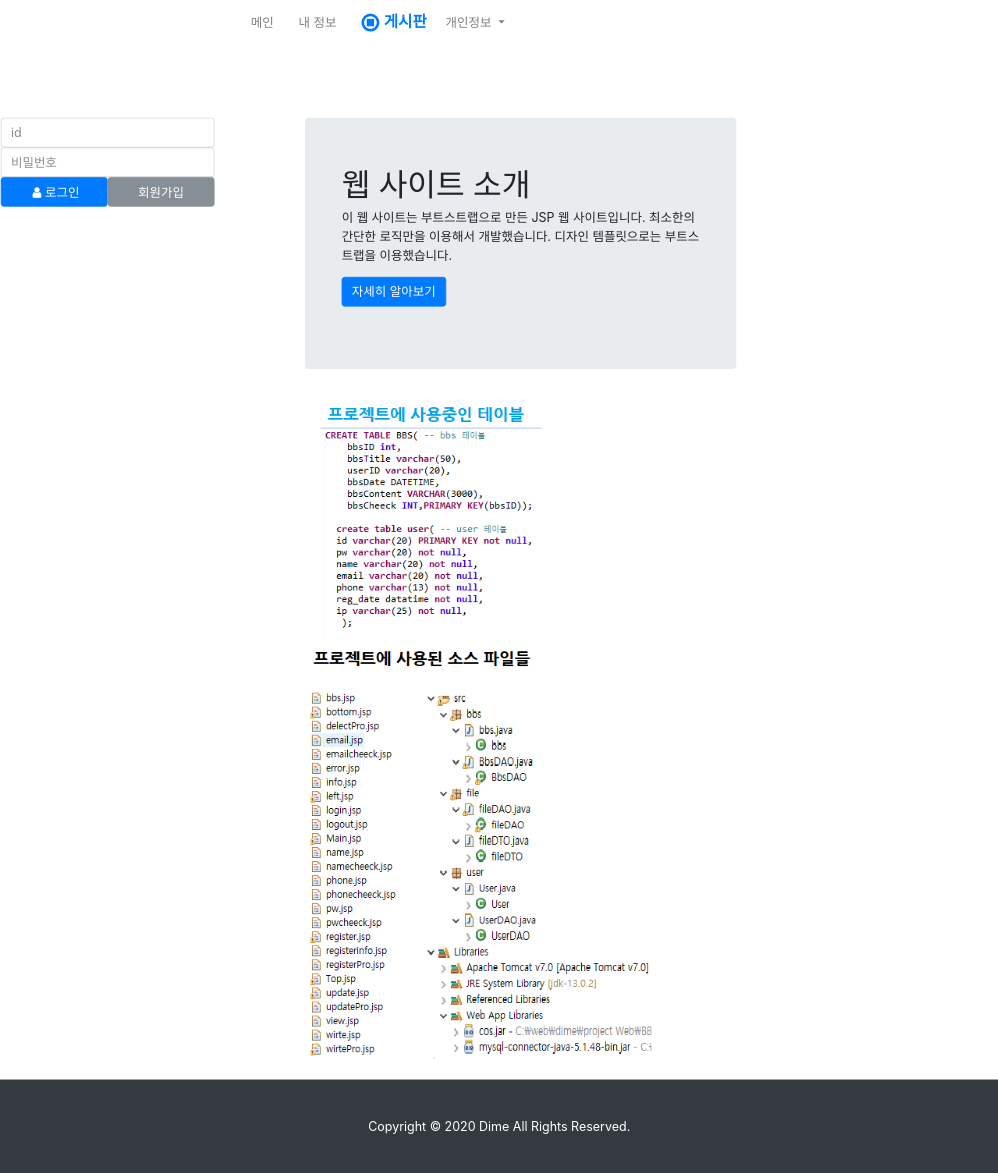
Repository: elecdime/jspboard
Page: http://localhost/BBS/projectbbs/Main.jsp
These files come from the project's save history. The page is drawn as it stood at one moment and after the next save; the edit follows.
The browser window is 1280 px wide. The pictures show the whole page, at 78% of full size.
Some web libraries are served in a nearby version. The page is served by Tomcat 9. Other server files are loaded and not shown.

Above is the page before, as saved 2020-07-08 13:16:45.

### dime/project Web/BBS/WebContent/projectbbs/Main.jsp
<%@ page language="java" contentType="text/html; charset=UTF-8"
    pageEncoding="UTF-8"%>
<!doctype html>
<head>
   <!-- Required meta tags -->
  <meta charset="utf-8">
  <meta name="viewport" content="width=device-width, initial-scale=1, shrink-to-fit=no">
<meta http-equiv="Content-Type" content="text/html; charset=UTF-8" />
  <!-- Bootstrap CSS -->
  <link rel="stylesheet" href="https://maxcdn.bootstrapcdn.com/bootstrap/4.0.0-beta/css/bootstrap.min.css" integrity="sha384-/Y6pD6FV/Vv2HJnA6t+vslU6fwYXjCFtcEpHbNJ0lyAFsXTsjBbfaDjzALeQsN6M" crossorigin="anonymous">
<style type="text/css">




</style>
<title>게시판 연습</title>
  </head>
  <body>


        <div id="TOP" style="width:960px;height:150px;">
            <%@ include file="Top.jsp" %>
        </div>

        <table width="960px">
            <tr>
                <td width="160" valign="top">
                    <%@ include file="left.jsp" %>
                </td>
                <td width="800" valign="#" style="padding-left: 100px">
                    <table width="100%" height="475" cellpadding="0" cellspacing="0" id="tables">
                        <tr >
                            <td border="3px">
                        <div class="container">
        <div class="jumbotron">
            <div class="container">
                <h1>웹 사이트 소개</h1>
                <p>이 웹 사이트는 부트스트랩으로 만든 JSP 웹 사이트입니다. 최소한의 간단한 로직만을 이용해서 개발했습니다. 디자인 템플릿으로는 부트스트랩을 이용했습니다.</p>
                <p><a class="btn btn-primary btn-pull" href="#" role="button">자세히 알아보기</a></p>
            </div>
        </div>
    </div>
    <div class="container">
        <div id="myCarousel" class="carousel slide" data-ride="carousel">
            <ol class="carousel-indicators">
                <li data-target="#myCarousel" data-slide-to="0" class="active"></li>
                <li data-target="#myCarousel" data-slide-to="0"></li>
                <li data-target="#myCarousel" data-slide-to="0"></li>
            </ol>
            <div class="carousel-inner">
                <div class="item active">
                    <img src="1.PNG">
                </div>
                <div class="item">
                    <img src="b.PNG">
                </div>

            </div>
            <a class="left carousel-control" href="#myCarousel" data-slide="prev">
                <span class="glyphicon glyphicon-chevron-left"></span>
            </a>
            <a class="right carousel-control" href="#myCarousel" data-slide="next">
                <span class="glyphicon glyphicon-chevron-right"></span>
            </a>
        </div>
    </div>





                            </td>
                        </tr>

                    </table>
                </td>
            </tr>

        </table>
    <footer id = "bottom">
    <%@ include file="bottom.jsp" %>
</footer>














 <script src="https://code.jquery.com/jquery-3.2.1.slim.min.js" integrity="sha384-KJ3o2DKtIkvYIK3UENzmM7KCkRr/rE9/Qpg6aAZGJwFDMVNA/GpGFF93hXpG5KkN" crossorigin="anonymous"></script>
  <script src="https://cdnjs.cloudflare.com/ajax/libs/popper.js/1.11.0/umd/popper.min.js" integrity="sha384-b/U6ypiBEHpOf/4+1nzFpr53nxSS+GLCkfwBdFNTxtclqqenISfwAzpKaMNFNmj4" crossorigin="anonymous"></script>
  <script src="https://maxcdn.bootstrapcdn.com/bootstrap/4.0.0-beta/js/bootstrap.min.js" integrity="sha384-h0AbiXch4ZDo7tp9hKZ4TsHbi047NrKGLO3SEJAg45jXxnGIfYzk4Si90RDIqNm1" crossorigin="anonymous"></script>
  </body>
</html>

### dime/project Web/BBS/WebContent/projectbbs/Top.jsp
<%@ page language="java" contentType="text/html; charset=UTF-8"
    pageEncoding="UTF-8"%>
    <html>
    <head>

 <link rel="stylesheet" href="https://cdnjs.cloudflare.com/ajax/libs/font-awesome/4.7.0/css/font-awesome.min.css" type="text/css">
 </head>
  <nav class="navbar navbar-expand-md navbar-light">
    <div class="container justify-content-center"> <button class="navbar-toggler navbar-toggler-right border-0" type="button" data-toggle="collapse" data-target="#navbar3">
        <span class="navbar-toggler-icon"></span>
      </button>
      <div class="collapse navbar-collapse text-center justify-content-center" id="navbar3">
        <ul class="navbar-nav">
          <li class="nav-item mx-2"> <a class="nav-link" href="Main.jsp">메인</a> </li>
          <li class="nav-item mx-2"> <a class="nav-link" href="info.jsp">내 정보</a> </li>
          <li class="nav-item mx-2"> <a class="nav-link navbar-brand mr-0 text-primary" href="bbs.jsp"><i class="fa d-inline fa-lg fa-stop-circle-o"></i>
              <b> 게시판 </b></a> </li>

               <li class="nav-item dropdown">
          <a class="nav-link dropdown-toggle" href="#" id="navbarDropdownMenuLink" data-toggle="dropdown" aria-haspopup="true" aria-expanded="false">
  개인정보
        </a>
        <div class="dropdown-menu" aria-labelledby="navbarDropdownMenuLink">
          <a class="dropdown-item" href="left.jsp">로그인</a>
          <a class="dropdown-item" href="register.jsp">회원가입</a>

        </div>
        </li>
      </div>
    </div>
  </nav>
  <div class="py-5">
    <div class="container">
      <div class="row">
        <div class="col-md-12"></div>
      </div>
    </div>
  </div>

</html>

### dime/project Web/BBS/WebContent/projectbbs/left.jsp
<%@ page language="java" contentType="text/html; charset=UTF-8"
    pageEncoding="UTF-8"%>
<%@ page import = "java.sql.*" %>

    <html>
    <head>
 <meta http-equiv="Content-Type" content="text/html; charset=UTF-8" />
 <link rel="stylesheet" href="https://cdnjs.cloudflare.com/ajax/libs/font-awesome/4.7.0/css/font-awesome.min.css" type="text/css">
 </head>



 <%  if(session.getAttribute("id")==null){ //세션이 설정되지 않을 경우 참조  %>



<form class="form-inline" action="login.jsp" method="get">
            <div class="form-group">
              <input type="text" class="form-control" name ="id" id="id" placeholder="id"> </div>
            <div class="form-group form-row">
              <div class="col-sm-10"><input type="password" class="form-control " name = "pw" id="pw" placeholder="비밀번호"></div>
            </div>
            <button class="btn btn-primary align-items-center col-sm-6" ><i class="fa fa-user fa-fw"></i>로그인</button>
            <a class="btn btn-secondary col-sm-6" href="register.jsp" style=""></i> 회원가입 </a>
          </form><% }else{ %>
<form method="post" action="logout.jsp">
	<%=session.getAttribute("id") %>님 환영합니다~

	<input type="submit" value="로그아웃" />
</form>
<button onClick="location.href='info.jsp'"> 개인정보 변경</button>
<% if(session.getAttribute("id").equals("admin")){
	%>

	<button onClick="location.href='#'"> 관리자 페이지</button>

<%} %>

<% } %>

### dime/project Web/BBS/WebContent/projectbbs/bottom.jsp


<%@ page language="java" contentType="text/html; charset=UTF-8"
    pageEncoding="UTF-8"
    import="java.sql.*"%>
<%
    request.setCharacterEncoding("utf-8");
%>
<!DOCTYPE html PUBLIC "-//W3C//DTD HTML 4.01 Transitional//EN" "http://www.w3.org/TR/html4/loose.dtd">
<html>
<head>
<meta http-equiv="Content-Type" content="text/html; charset=utf-8">

<body>
<footer class="bg-dark mt-4 p-5 text-center" style="color:#FFFFFF;">


Copyright &copy; 2020 Dime All Rights Reserved.<br>

</footer>
</body>
</html>

### dime/project Web/BBS/WebContent/error/404code.jsp
<%@ page language="java" contentType="text/html; charset=UTF-8"
    pageEncoding="UTF-8"%>
    <%response.setStatus(HttpServletResponse.SC_OK); %>
<!DOCTYPE html>
<html>
<head>
<meta charset="UTF-8">
<title>404 오류발생</title>
</head>
<body>
요청하신페이지가없습니다.
</body>
</html>

After the next save:
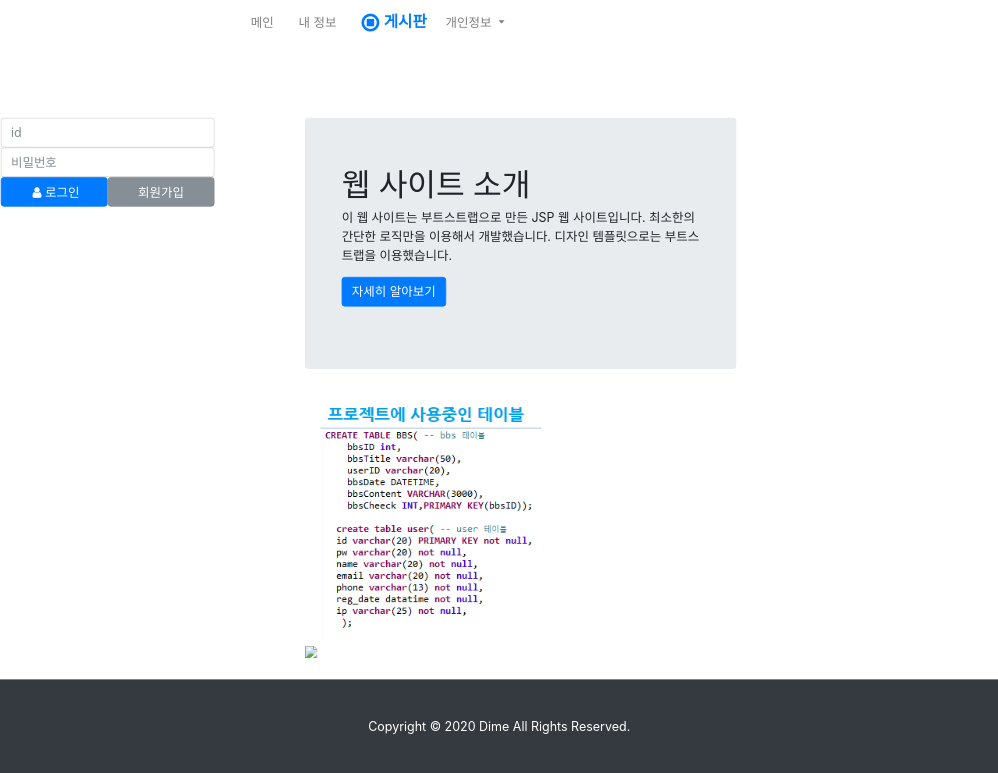
Saved 77 s later.
--- a/dime/project Web/BBS/WebContent/projectbbs/Main.jsp
+++ b/dime/project Web/BBS/WebContent/projectbbs/Main.jsp
@@ -32,7 +32,8 @@
                     <table width="100%" height="475" cellpadding="0" cellspacing="0" id="tables">
                         <tr >
                             <td border="3px">
-                        <div class="container">
+
+                                 <div class="container">
         <div class="jumbotron">
             <div class="container">
                 <h1>웹 사이트 소개</h1>
@@ -53,7 +54,7 @@
                     <img src="1.PNG">
                 </div>
                 <div class="item">
-                    <img src="b.PNG">
+                    <img src="B.PNG">
                 </div>
 
             </div>
@@ -65,7 +66,6 @@
             </a>
         </div>
     </div>
-
 
 
 

After the save that followed:
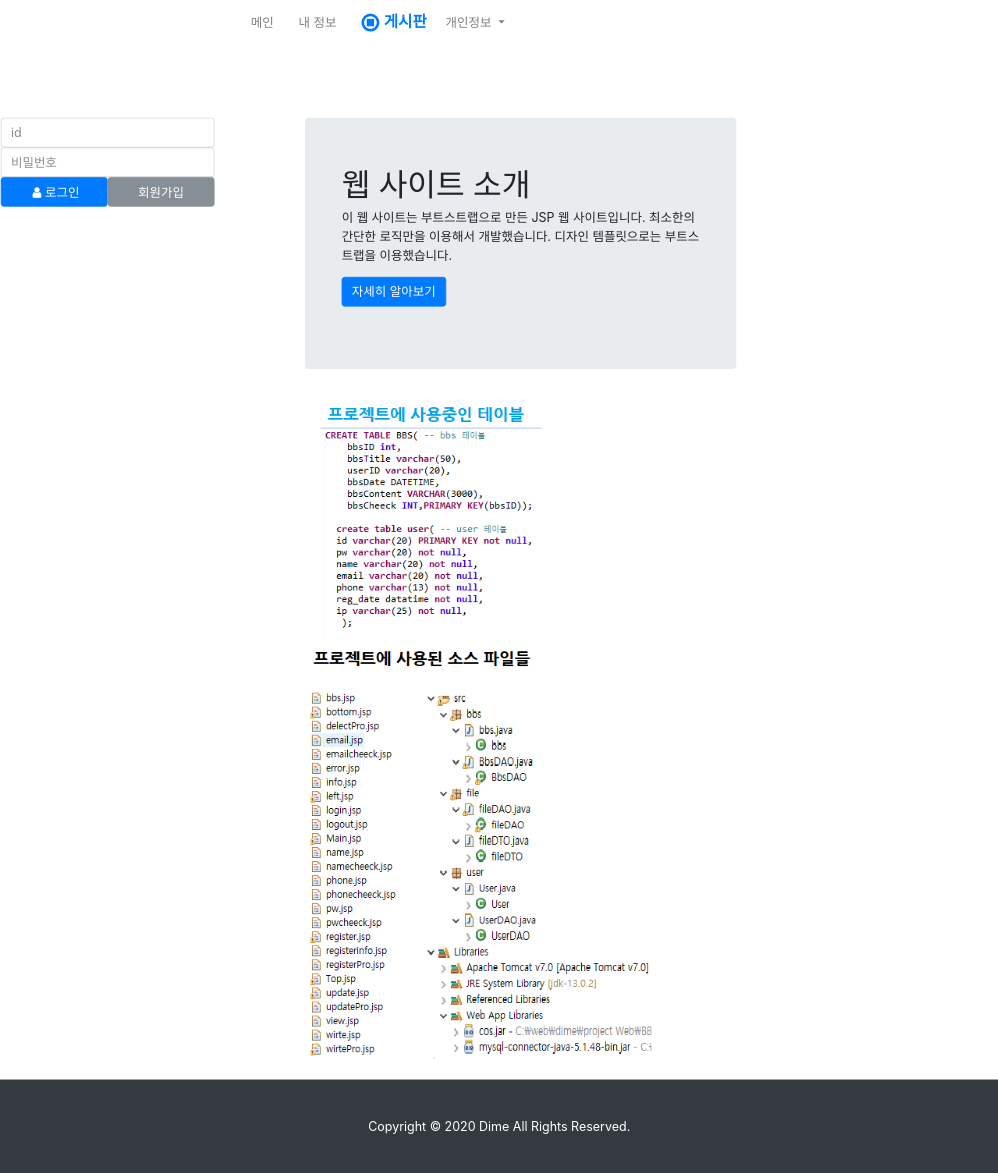
Saved 11 s later.
--- a/dime/project Web/BBS/WebContent/projectbbs/Main.jsp
+++ b/dime/project Web/BBS/WebContent/projectbbs/Main.jsp
@@ -54,7 +54,7 @@
                     <img src="1.PNG">
                 </div>
                 <div class="item">
-                    <img src="B.PNG">
+                    <img src="b.PNG">
                 </div>
 
             </div>
